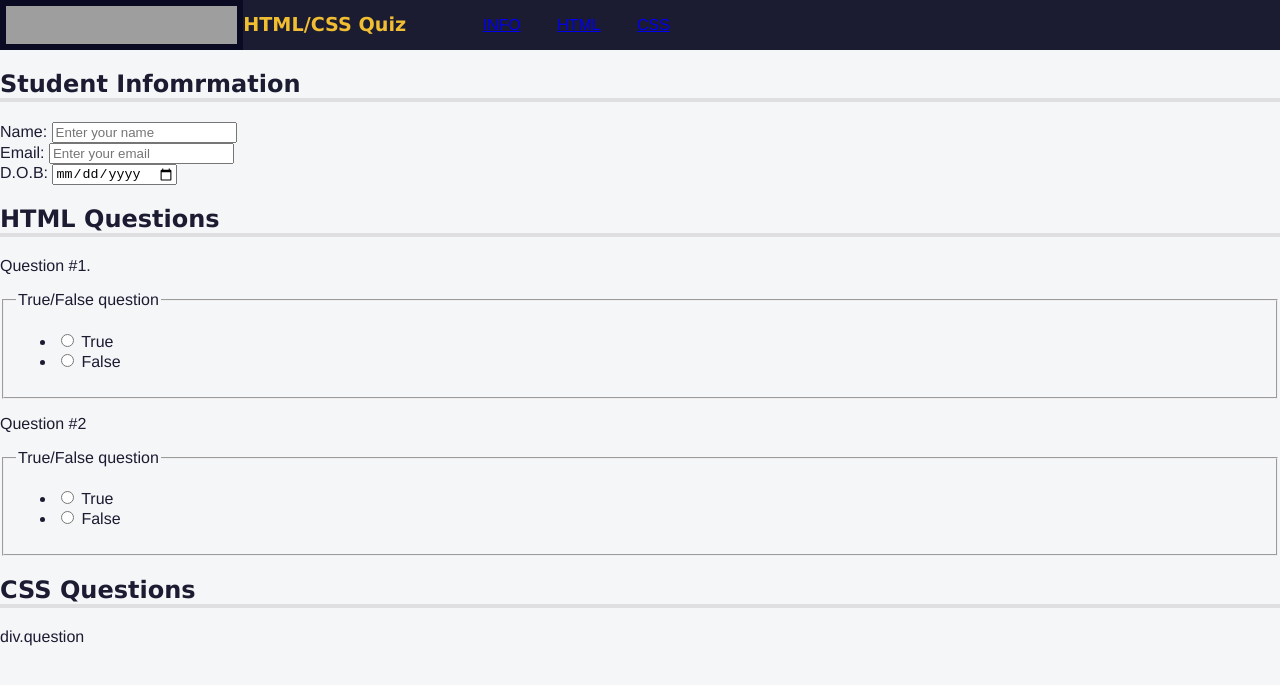
Repository: Lungdjos/accessibility_build_quiz
Page: index.html
An editor plug-in stored every save of this project. The page is shown before and after a run of saves, followed by the edit.
The browser window is 1280 px wide. The pictures show the whole page.
Pictures or frames that could not be fetched are drawn as grey boxes.

Above is the page before, as saved 2023-10-28 16:14:01.

After the next 2 saves:
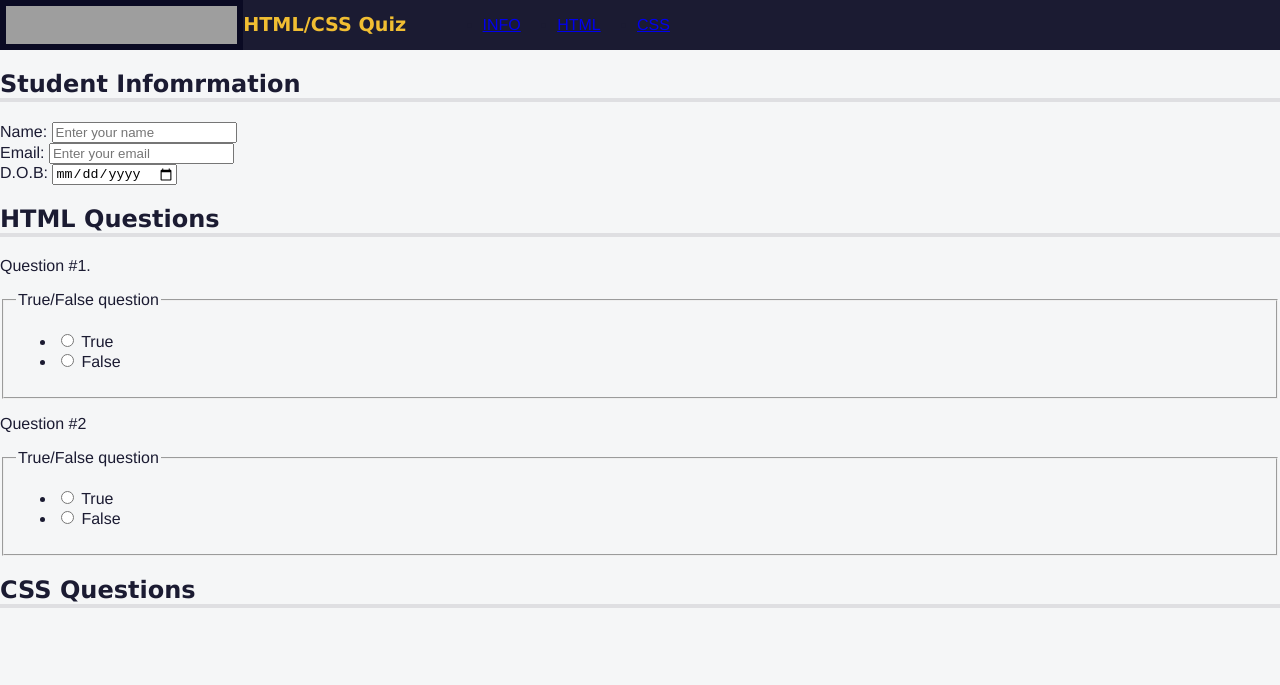
The 2 saves are shown as one change because they came seconds apart.
The last was saved 6 s later.
--- a/index.html
+++ b/index.html
@@ -88,7 +88,8 @@
             <section role="region" aria-labelledby="css-questions">
                 <h2 id="css-questions">CSS Questions</h2>
                 <div class="formrow">
-                    div.question
+                    <div class="questionblock"></div>
+                    <div class="questionblock"></div>
                 </div>
             </section>
         </form>
